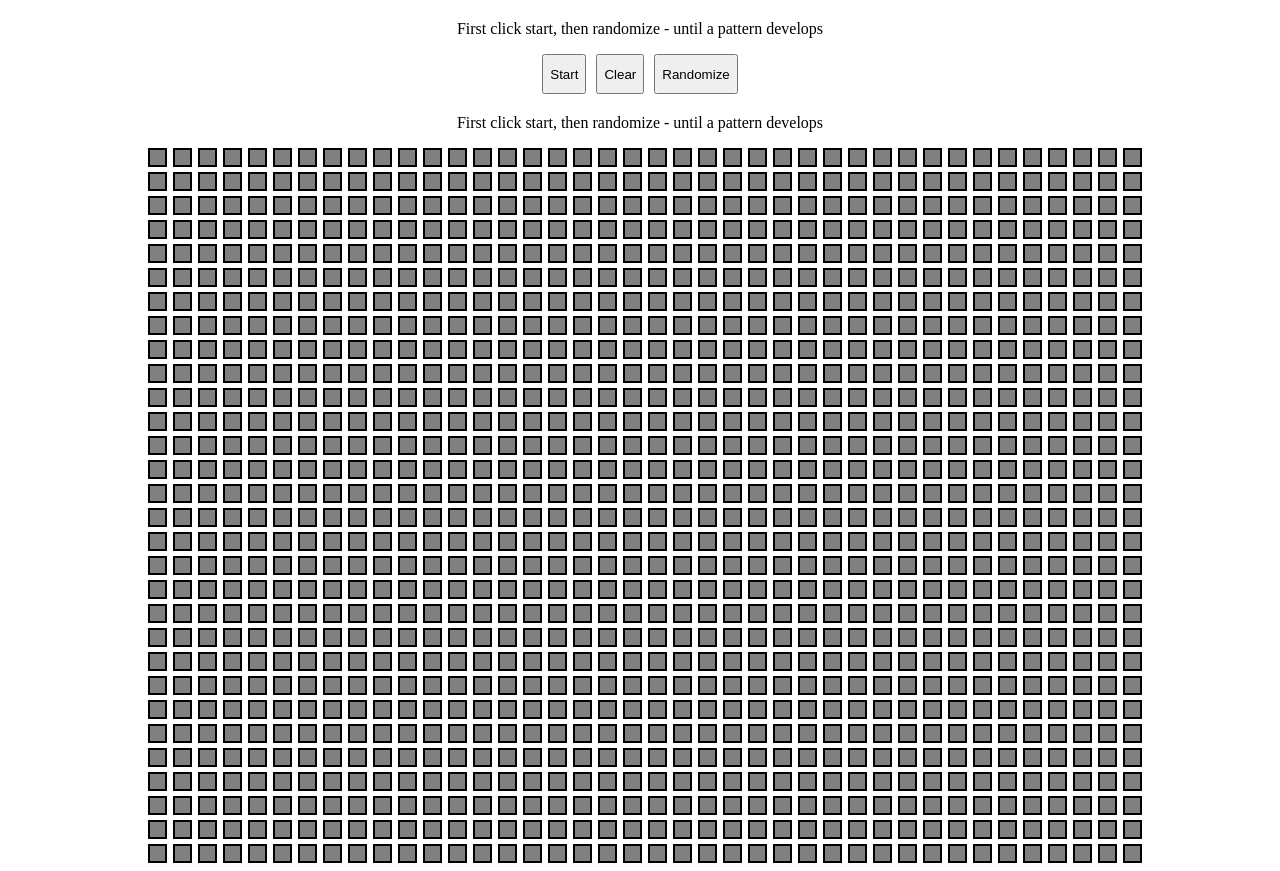
Repository: avanbussum/cellular-automata
Page: /
These files come from the project's save history. The page is drawn as it stood at one moment and after the next save; the edit follows.
The browser window is 1280 px wide. The pictures show the whole page.
The project was rebuilt for these pictures with package versions that can differ from the ones it lists, and the page was loaded fresh each time.

Above is the page before, as saved 2023-04-29 01:46:21.

After the next save:
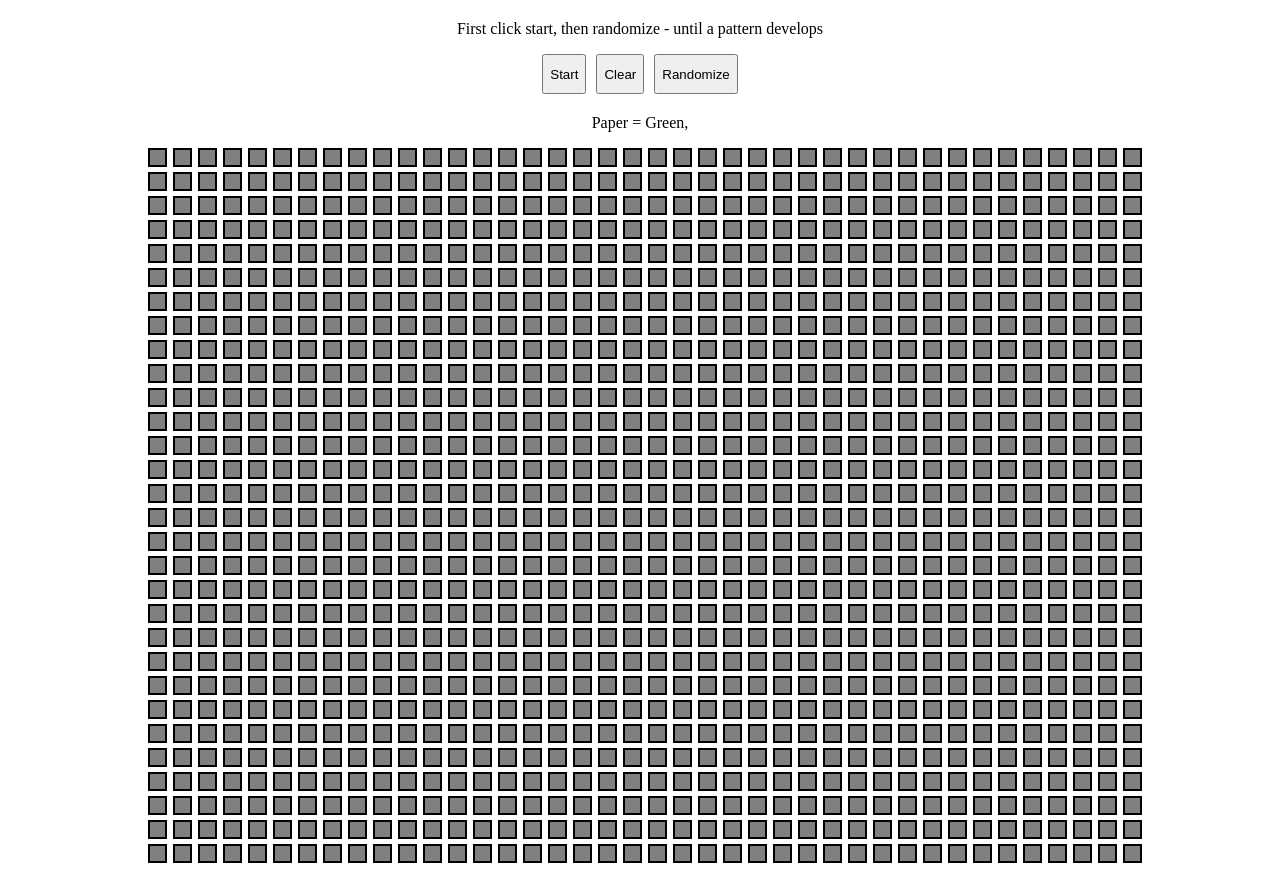
Saved 31 s later.
--- a/src/App.js
+++ b/src/App.js
@@ -214,7 +214,7 @@ export const App = () => {
           justifyContent: 'center',
           marginTop: '20px',
           gap:'10px'
-        }}>First click start, then randomize - until a pattern develops</p>
+        }}>Paper = Green, </p>
       <div
         style={{
           display: 'grid',
